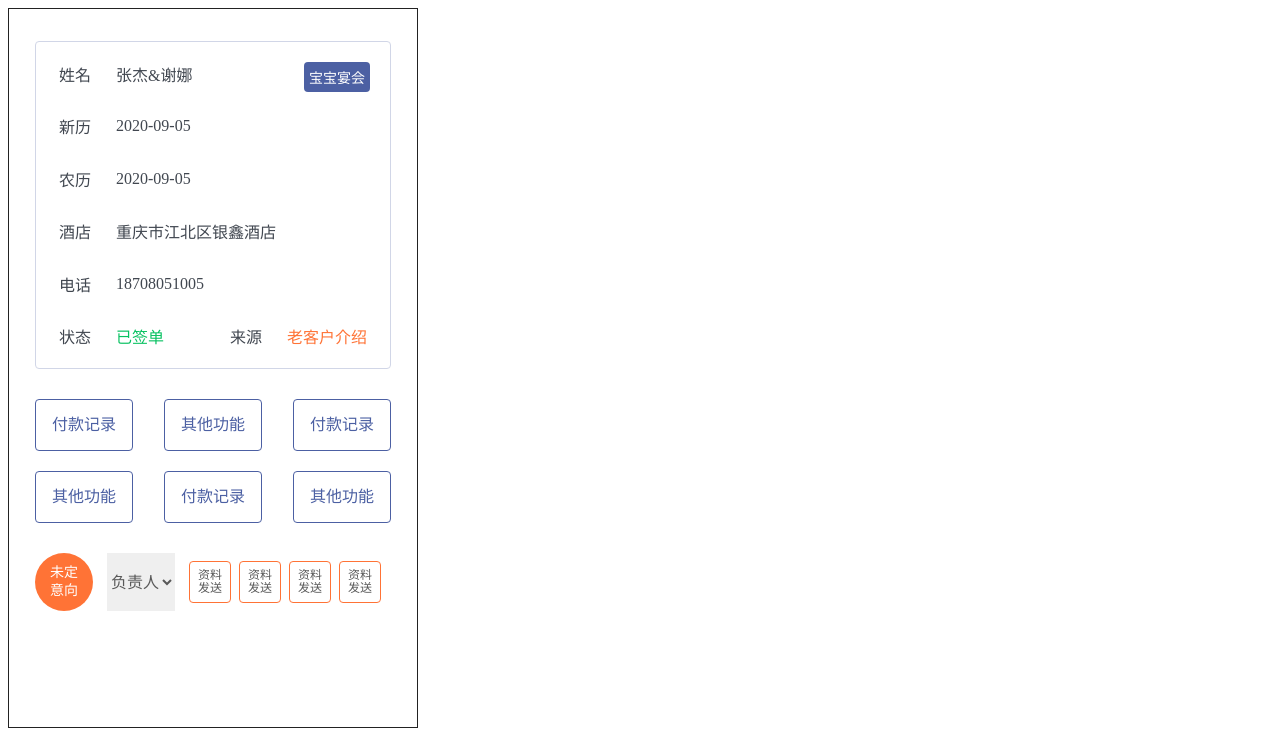
Repository: Lairuola/wedding-1
Page: index.html
The author's editor kept a copy of each file at every save. The page is drawn from the files as they stood at one save, then again after the next save.
The browser window is 1280 px wide. The pictures show the whole page.

Above is the page before, as saved 2020-12-17 14:29:37.

After the next save:
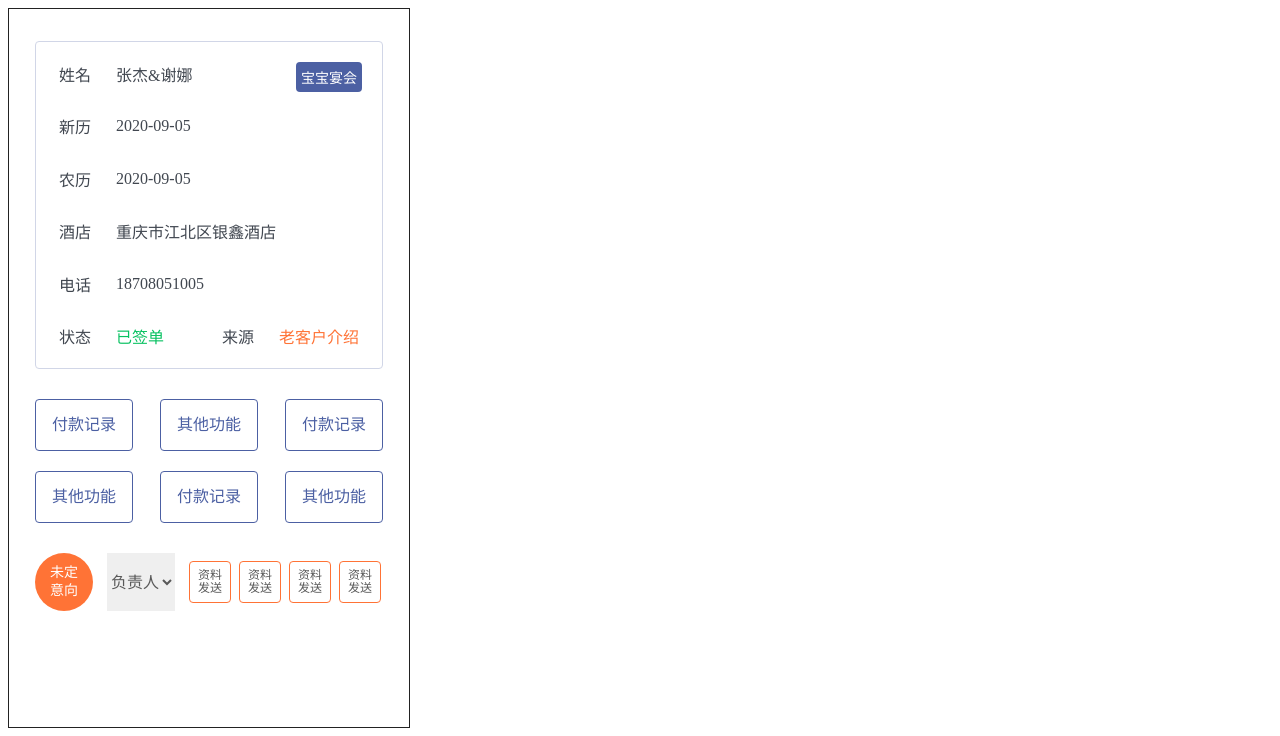
Saved 28 s later.
--- a/index.html
+++ b/index.html
@@ -2,7 +2,7 @@
  * @Author       : 濑若拉
  * @Date         : 2020-12-17 10:22:14
  * @LastEditors  : 濑若拉
- * @LastEditTime : 2020-12-17 14:29:37
+ * @LastEditTime : 2020-12-17 14:30:05
  * @FilePath     : /slidebar/index.html
 -->
 
@@ -16,7 +16,7 @@
   <title>Document</title>
   <style>
     .slide-left {
-      width: 410px;
+      width: 402px;
       height: 100vh;
       box-sizing: border-box;
       padding: 32px 26px;
@@ -151,6 +151,7 @@
       display: flex;
       flex-direction: row;
       flex-wrap: wrap;
+      margin-right: -8px;
     }
 
     .bot-area .item .btn-row .btn {
